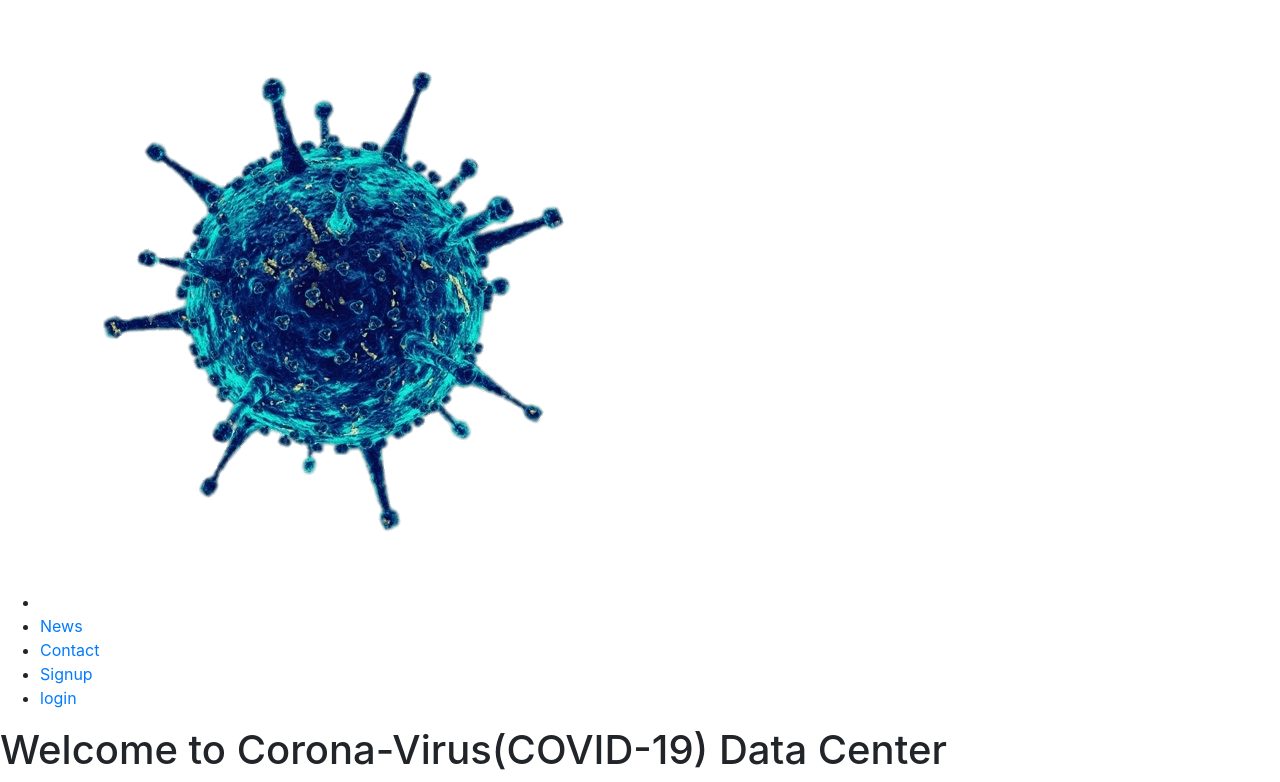
Repository: xthashankar/COVID-19-data-
Page: news.html
These files come from the project's save history. The page is drawn as it stood at one moment and after the next save; the edit follows.
The browser window is 1280 px wide. The pictures show the whole page.

Above is the page before, as saved 2020-04-10 14:05:31.

### news.html
<!DOCTYPE html>
<html lang="en">
<head>
    <meta charset="UTF-8">
    <meta name="viewport" content="width=device-width, initial-scale=1.0">
    <link rel="stylesheet" href="https://maxcdn.bootstrapcdn.com/bootstrap/4.4.1/css/bootstrap.min.css">
    <script src="https://ajax.googleapis.com/ajax/libs/jquery/3.4.1/jquery.min.js"></script>
    <script src="https://cdnjs.cloudflare.com/ajax/libs/popper.js/1.16.0/umd/popper.min.js"></script>
    <script src="https://maxcdn.bootstrapcdn.com/bootstrap/4.4.1/js/bootstrap.min.js"></script>
    <link rel="stylesheet/css" href="css/styles.css">
    <title>Document</title>
</head>
<body>
    <ul>
        <img src="image/coronavirus.png">
        <li><a class="nav" href="#"></a></li>
        <li><a href="#">News</a></li>
        <li><a href="#">Contact</a></li>
        <li><a href="#">Signup</a></li>
        <li><a href="#">login</a></li>
    </ul>
    <h1>Welcome to Corona-Virus(COVID-19) Data Center</h1>

</body>
<script src="javascript/news.js"></script>
</html>

Loaded but not shown: javascript/news.js (no copy from this time; the picture is the same without it)

After the next save:
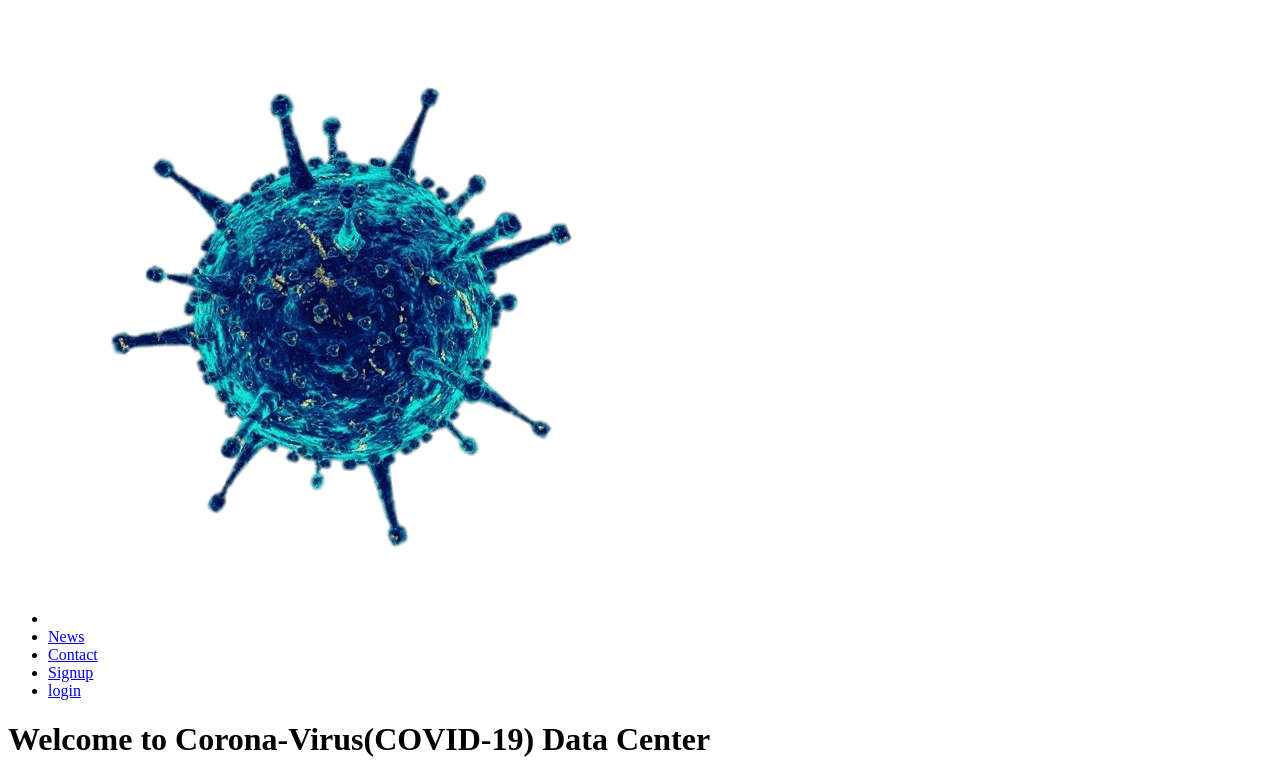
Saved 31 s later.
--- a/news.html
+++ b/news.html
@@ -3,11 +3,7 @@
 <head>
     <meta charset="UTF-8">
     <meta name="viewport" content="width=device-width, initial-scale=1.0">
-    <link rel="stylesheet" href="https://maxcdn.bootstrapcdn.com/bootstrap/4.4.1/css/bootstrap.min.css">
-    <script src="https://ajax.googleapis.com/ajax/libs/jquery/3.4.1/jquery.min.js"></script>
-    <script src="https://cdnjs.cloudflare.com/ajax/libs/popper.js/1.16.0/umd/popper.min.js"></script>
-    <script src="https://maxcdn.bootstrapcdn.com/bootstrap/4.4.1/js/bootstrap.min.js"></script>
-    <link rel="stylesheet/css" href="css/styles.css">
+    <link rel="stylesheet/css" href="css/index.css">
     <title>Document</title>
 </head>
 <body>
